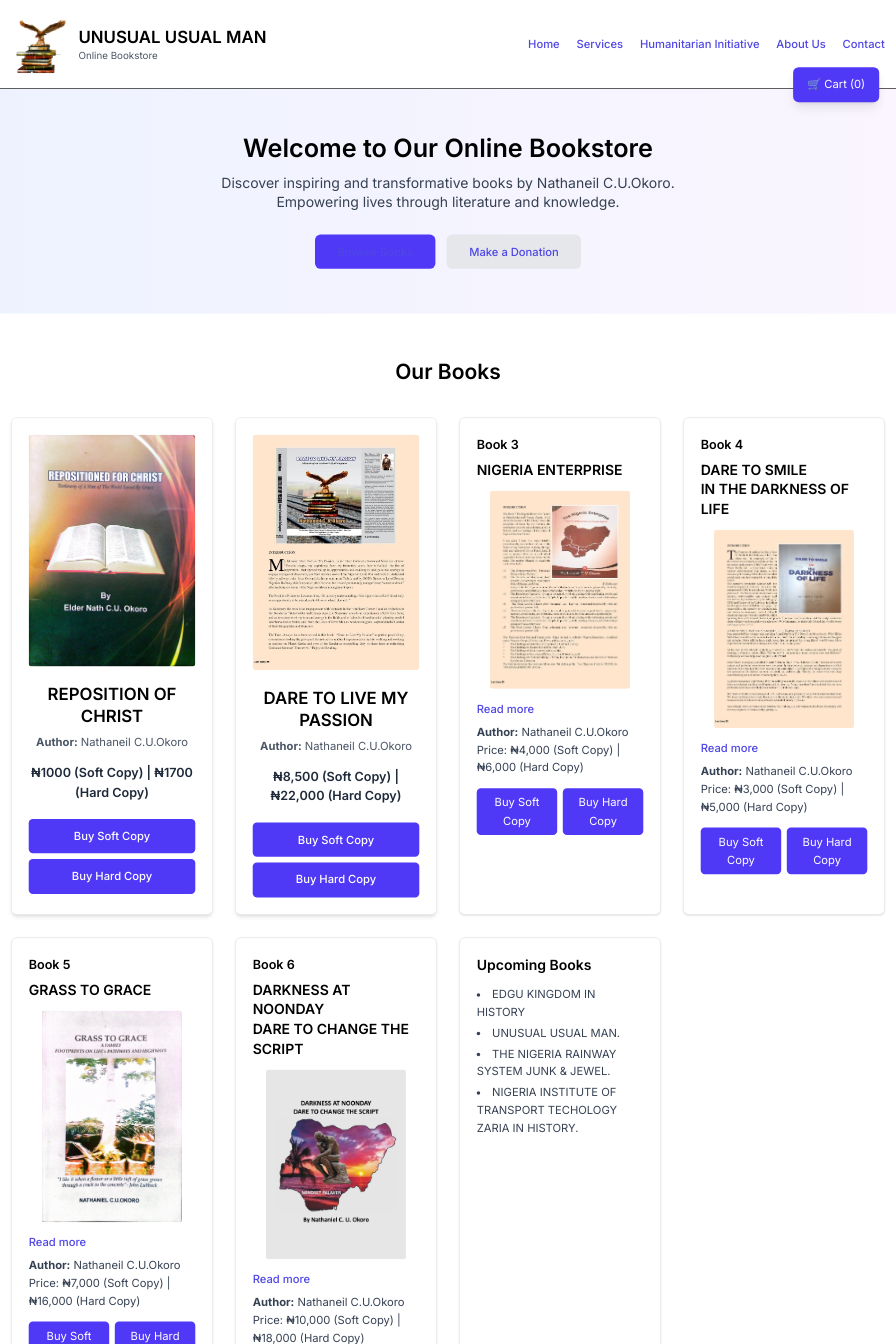
Repository: Rickyy1017/online-bookstore
Page: / (app in frontend/)
An editor plug-in stored every save of this project. The page is shown before and after the next save, followed by the edit.
The browser window is 1280 px wide. The pictures show the part of the page from y = 0 to 1920 px (the page is 3594 px tall), at 70% of full size.
The project was rebuilt for these pictures with package versions that can differ from the ones it lists, and the page was loaded fresh each time. The framework's server and built-in components were replaced by stand-ins that run in the browser. Also part of the build but not shown: frontend/next.config.ts.

Above is the page before, as saved 2025-10-09 23:23:32.

After the next save:
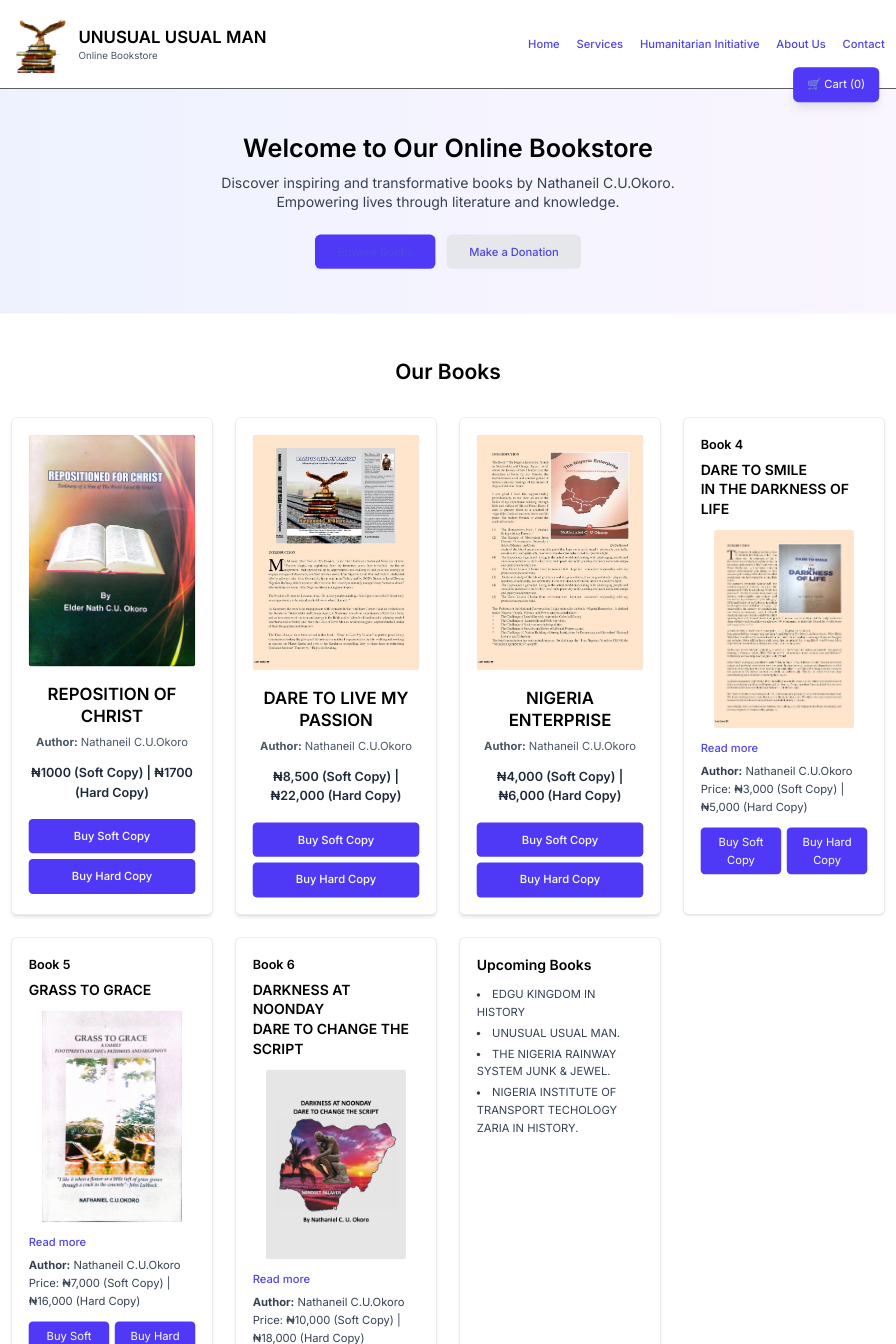
Saved 13 s later.
--- a/frontend/app/page.tsx
+++ b/frontend/app/page.tsx
@@ -98,16 +98,16 @@ export default function Page() {
           </div>
         </div>
 
-        <div className="bg-white border border-gray-200 rounded-lg p-6 shadow-sm">
-          <h2 className="text-lg font-semibold text-gray-800 mb-2">Book 3</h2>
-          <h3 className="text-xl font-bold text-gray-900 mb-4">NIGERIA ENTERPRISE</h3>
-          <Image src="/images/nige.jpg" alt="NIGERIA ENTERPRISE" width={200} height={300} className="mx-auto mb-4 rounded" />
-          <Link href="/nigeria-enterprise" className="text-indigo-600 hover:text-indigo-800 font-medium">Read more</Link>
-          <p className="text-gray-700 mt-2"><b>Author:</b> Nathaneil C.U.Okoro</p>
-          <p className="text-gray-700 mb-4">Price: ₦4,000 (Soft Copy) | ₦6,000 (Hard Copy)</p>
-          <div className="flex gap-2">
-            <button onClick={() => addToCart('NIGERIA ENTERPRISE', 4000, 'Soft Copy')} className="bg-indigo-600 text-white px-4 py-2 rounded-md hover:bg-indigo-700 flex-1">Buy Soft Copy</button>
-            <button onClick={() => addToCart('NIGERIA ENTERPRISE', 6000, 'Hard Copy')} className="bg-indigo-600 text-white px-4 py-2 rounded-md hover:bg-indigo-700 flex-1">Buy Hard Copy</button>
+        <div className="bg-white border border-gray-200 rounded-lg p-6 shadow-md hover:shadow-lg transition-shadow">
+          <Image src="/images/nige.jpg" alt="NIGERIA ENTERPRISE" width={250} height={350} className="mx-auto mb-6 rounded" />
+          <h3 className="text-2xl font-bold text-gray-900 mb-2 text-center">NIGERIA ENTERPRISE</h3>
+          <p className="text-gray-600 text-center mb-4"><b>Author:</b> Nathaneil C.U.Okoro</p>
+          <div className="text-center mb-6">
+            <p className="text-lg text-gray-800 font-semibold">₦4,000 (Soft Copy) | ₦6,000 (Hard Copy)</p>
+          </div>
+          <div className="space-y-2">
+            <button onClick={() => addToCart('NIGERIA ENTERPRISE', 4000, 'Soft Copy')} className="w-full bg-indigo-600 text-white py-3 rounded-md hover:bg-indigo-700 transition-colors font-medium">Buy Soft Copy</button>
+            <button onClick={() => addToCart('NIGERIA ENTERPRISE', 6000, 'Hard Copy')} className="w-full bg-indigo-600 text-white py-3 rounded-md hover:bg-indigo-700 transition-colors font-medium">Buy Hard Copy</button>
           </div>
         </div>
 
